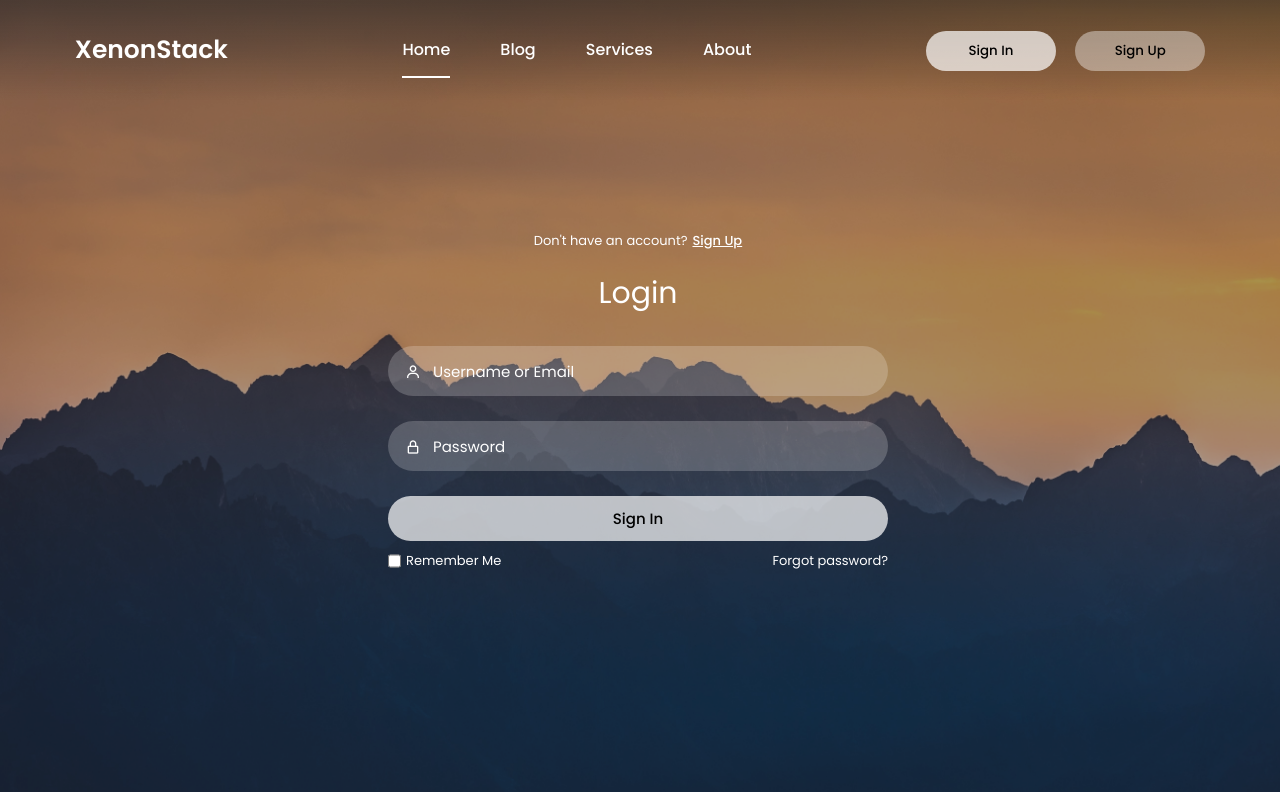
Repository: Abhikumar9061/Round2
Page: index.html
These files come from the project's save history. The page is drawn as it stood at one moment and after the next save; the edit follows.
The browser window is 1280 px wide. The pictures show the whole page.
Backgrounds fixed to the window are drawn as part of the page.

Above is the page before, as saved 2024-01-10 11:46:36.

### index.html
<!DOCTYPE html>
<html lang="en">
  <head>
    <meta charset="UTF-8" />
    <meta http-equiv="X-UA-Compatible" content="IE=edge" />
    <meta name="viewport" content="width=device-width, initial-scale=1.0" />
    <link
      href="https://unpkg.com/boxicons@2.1.4/css/boxicons.min.css"
      rel="stylesheet"
    />
    <link rel="stylesheet" href="style.css" />
    <title>Technical Round | Login & Registration</title>
  </head>
  <body>
    <div class="wrapper">
      <nav class="nav">
        <div class="nav-logo">
          <p>XenonStack</p>
        </div>
        <div class="nav-menu" id="navMenu">
          <ul>
            <li><a href="#" class="link active">Home</a></li>
            <li><a href="#" class="link">Blog</a></li>
            <li><a href="#" class="link">Services</a></li>
            <li><a href="#" class="link">About</a></li>
          </ul>
        </div>
        <div class="nav-button">
          <button class="btn white-btn" id="loginBtn" onclick="login()">
            Sign In
          </button>
          <button class="btn" id="registerBtn" onclick="register()">
            Sign Up
          </button>
        </div>
        <div class="nav-menu-btn">
          <i class="bx bx-menu" onclick="myMenuFunction()"></i>
        </div>
      </nav>

      <!----------------------------- Form box ----------------------------------->
      <div class="form-box">
        <!------------------- login form -------------------------->

        <div class="login-container" id="login">
          <div class="top">
            <span
              >Don't have an account?
              <a href="#" onclick="register()">Sign Up</a></span
            >
            <header>Login</header>
          </div>
          <div class="input-box">
            <input
              type="text"
              class="input-field"
              placeholder="Username or Email"
            />
            <i class="bx bx-user"></i>
          </div>
          <div class="input-box">
            <input type="password" class="input-field" placeholder="Password" />
            <i class="bx bx-lock-alt"></i>
          </div>
          <div class="input-box">
            <input type="submit" class="submit" value="Sign In" />
          </div>
          <div class="two-col">
            <div class="one">
              <input type="checkbox" id="login-check" />
              <label for="login-check"> Remember Me</label>
            </div>
            <div class="two">
              <label><a href="#">Forgot password?</a></label>
            </div>
          </div>
        </div>

        <!------------------- registration form -------------------------->
        <div class="register-container" id="register">
          <div class="top">
            <span
              >Have an account? <a href="#" onclick="login()">Login</a></span
            >
            <header>Sign Up</header>
          </div>
          <div class="two-forms">
            <div class="input-box">
              <input type="text" class="input-field" placeholder="Firstname" />
              <i class="bx bx-user"></i>
            </div>
            <div class="input-box">
              <input type="text" class="input-field" placeholder="Lastname" />
              <i class="bx bx-user"></i>
            </div>
          </div>
          <div class="input-box">
            <input type="text" class="input-field" placeholder="Email" />
            <i class="bx bx-envelope"></i>
          </div>
          <div class="input-box">
            <input type="password" class="input-field" placeholder="Password" />
            <i class="bx bx-lock-alt"></i>
          </div>
          <div class="input-box">
            <input type="submit" class="submit" value="Register" />
          </div>
          <div class="two-col">
            <div class="one">
              <input type="checkbox" id="register-check" />
              <label for="register-check"> Remember Me</label>
            </div>
            <div class="two">
              <label><a href="#">Terms & conditions</a></label>
            </div>
          </div>
        </div>
      </div>
    </div>

    <script>
      function myMenuFunction() {
        var i = document.getElementById("navMenu");

        if (i.className === "nav-menu") {
          i.className += " responsive";
        } else {
          i.className = "nav-menu";
        }
      }
    </script>

    <script>
      var a = document.getElementById("loginBtn");
      var b = document.getElementById("registerBtn");
      var x = document.getElementById("login");
      var y = document.getElementById("register");

      function login() {
        x.style.left = "4px";
        y.style.right = "-520px";
        a.className += " white-btn";
        b.className = "btn";
        x.style.opacity = 1;
        y.style.opacity = 0;
      }

      function register() {
        x.style.left = "-510px";
        y.style.right = "5px";
        a.className = "btn";
        b.className += " white-btn";
        x.style.opacity = 0;
        y.style.opacity = 1;
      }
    </script>
  </body>
</html>

### style.css
/* POPPINS FONT */
@import url('https://fonts.googleapis.com/css2?family=Poppins:wght@400;500;600;700&display=swap');

*{
    margin: 0;
    padding: 0;
    box-sizing: border-box;
    font-family: 'Poppins', sans-serif;
}
body{
    background: url("images/1.jpg");
    background-size: cover;
    background-repeat: no-repeat;
    background-attachment: fixed;
    overflow: hidden;
}
.wrapper{
    display: flex;
    justify-content: center;
    align-items: center;
    min-height: 110vh;
    background: rgba(39, 39, 39, 0.4);
}
.nav{
    position: fixed;
    top: 0;
    display: flex;
    justify-content: space-around;
    width: 100%;
    height: 100px;
    line-height: 100px;
    background: linear-gradient(rgba(39,39,39, 0.6), transparent);
    z-index: 100;
}
.nav-logo p{
    color: white;
    font-size: 25px;
    font-weight: 600;
}
.nav-menu ul{
    display: flex;
}
.nav-menu ul li{
    list-style-type: none;
}
.nav-menu ul li .link{
    text-decoration: none;
    font-weight: 500;
    color: #fff;
    padding-bottom: 15px;
    margin: 0 25px;
}
.link:hover, .active{
    border-bottom: 2px solid #fff;
}
.nav-button .btn{
    width: 130px;
    height: 40px;
    font-weight: 500;
    background: rgba(255, 255, 255, 0.4);
    border: none;
    border-radius: 30px;
    cursor: pointer;
    transition: .3s ease;
}
.btn:hover{
    background: rgba(255, 255, 255, 0.3);
}
#registerBtn{
    margin-left: 15px;
}
.btn.white-btn{
    background: rgba(255, 255, 255, 0.7);
}
.btn.btn.white-btn:hover{
    background: rgba(255, 255, 255, 0.5);
}
.nav-menu-btn{
    display: none;
}
.form-box{
    position: relative;
    display: flex;
    align-items: center;
    justify-content: center;
    width: 512px;
    height: 420px;
    overflow: hidden;
    z-index: 2;
}
.login-container{
    position: absolute;
    left: 4px;
    width: 500px;
    display: flex;
    flex-direction: column;
    transition: .5s ease-in-out;
}
.register-container{
    position: absolute;
    right: -520px;
    width: 500px;
    display: flex;
    flex-direction: column;
    transition: .5s ease-in-out;
}
.top span{
    color: #fff;
    font-size: small;
    padding: 10px 0;
    display: flex;
    justify-content: center;
}
.top span a{
    font-weight: 500;
    color: #fff;
    margin-left: 5px;
}
header{
    color: #fff;
    font-size: 30px;
    text-align: center;
    padding: 10px 0 30px 0;
}
.two-forms{
    display: flex;
    gap: 10px;
}
.input-field{
    font-size: 15px;
    background: rgba(255, 255, 255, 0.2);
    color: #fff;
    height: 50px;
    width: 100%;
    padding: 0 10px 0 45px;
    border: none;
    border-radius: 30px;
    outline: none;
    transition: .2s ease;
}
.input-field:hover, .input-field:focus{
    background: rgba(255, 255, 255, 0.25);
}
::-webkit-input-placeholder{
    color: #fff;
}
.input-box i{
    position: relative;
    top: -35px;
    left: 17px;
    color: #fff;
}
.submit{
    font-size: 15px;
    font-weight: 500;
    color: black;
    height: 45px;
    width: 100%;
    border: none;
    border-radius: 30px;
    outline: none;
    background: rgba(255, 255, 255, 0.7);
    cursor: pointer;
    transition: .3s ease-in-out;
}
.submit:hover{
    background: rgba(255, 255, 255, 0.5);
    box-shadow: 1px 5px 7px 1px rgba(0, 0, 0, 0.2);
}
.two-col{
    display: flex;
    justify-content: space-between;
    color: #fff;
    font-size: small;
    margin-top: 10px;
}
.two-col .one{
    display: flex;
    gap: 5px;
}
.two label a{
    text-decoration: none;
    color: #fff;
}
.two label a:hover{
    text-decoration: underline;
}
@media only screen and (max-width: 786px){
    .nav-button{
        display: none;
    }
    .nav-menu.responsive{
        top: 100px;
    }
    .nav-menu{
        position: absolute;
        top: -800px;
        display: flex;
        justify-content: center;
        background: rgba(255, 255, 255, 0.2);
        width: 100%;
        height: 90vh;
        backdrop-filter: blur(20px);
        transition: .3s;
    }
    .nav-menu ul{
        flex-direction: column;
        text-align: center;
    }
    .nav-menu-btn{
        display: block;
    }
    .nav-menu-btn i{
        font-size: 25px;
        color: #fff;
        padding: 10px;
        background: rgba(255, 255, 255, 0.2);
        border-radius: 50%;
        cursor: pointer;
        transition: .3s;
    }
    .nav-menu-btn i:hover{
        background: rgba(255, 255, 255, 0.15);
    }
}
@media only screen and (max-width: 540px) {
    .wrapper{
        min-height: 100vh;
    }
    .form-box{
        width: 100%;
        height: 500px;
    }
    .register-container, .login-container{
        width: 100%;
        padding: 0 20px;
    }
    .register-container .two-forms{
        flex-direction: column;
        gap: 0;
    }
}

After the next save:
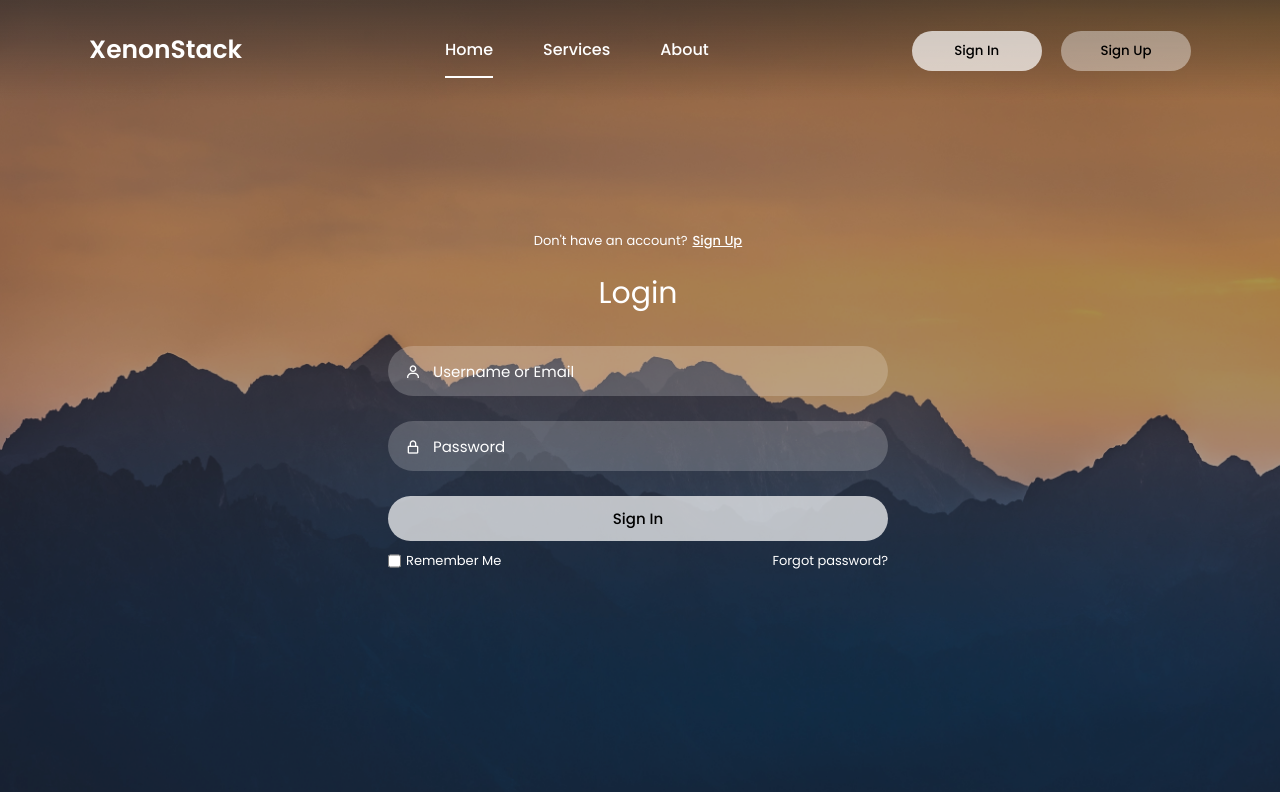
Saved 2 min 21 s later.
--- a/index.html
+++ b/index.html
@@ -20,7 +20,6 @@
         <div class="nav-menu" id="navMenu">
           <ul>
             <li><a href="#" class="link active">Home</a></li>
-            <li><a href="#" class="link">Blog</a></li>
             <li><a href="#" class="link">Services</a></li>
             <li><a href="#" class="link">About</a></li>
           </ul>
